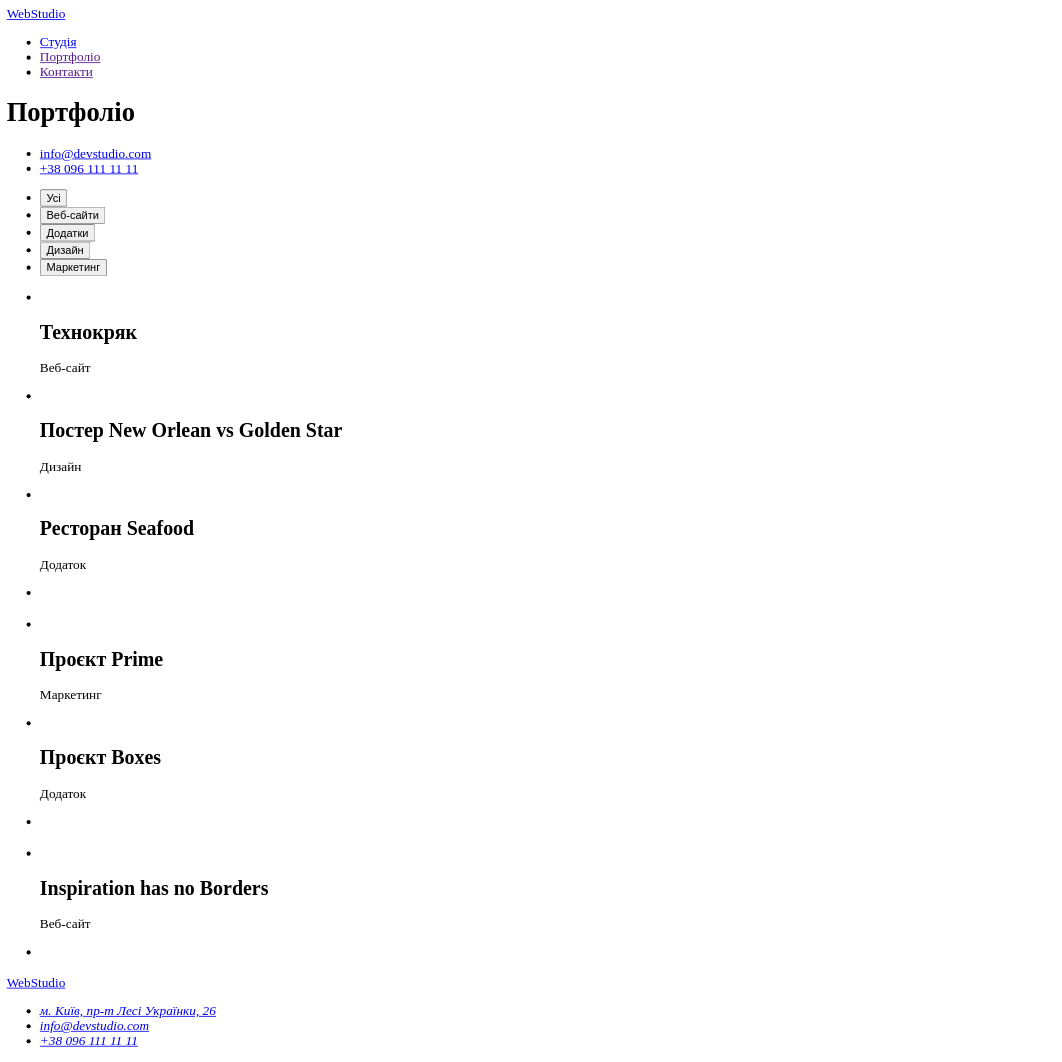
Repository: Mariia2811/goit-markup-hw-03
Page: portfolio.html
An editor plug-in stored every save of this project. The page is shown before and after the next save, followed by the edit.
The browser window is 1280 px wide. The pictures show the whole page, at 83% of full size.

Above is the page before, as saved 2022-11-24 20:00:42.

### portfolio.html
<!DOCTYPE html>
<html lang="uk">
  <head>
    <meta charset="UTF-8" />
    <meta http-equiv="X-UA-Compatible" content="IE=edge" />
    <meta name="viewport" content="width=device-width, initial-scale=1.0" />
    <title>Document</title>
  </head>
  <body>
    <header>
      <nav>
        <a href="./index.html">WebStudio</a>
        <ul>
          <li><a href="./index.html">Студія</a></li>
          <li><a href="">Портфоліо</a></li>
          <li><a href="">Контакти</a></li>
        </ul>
      </nav>
      <h1>Портфоліо</h1>
      <ul>
          <li><a href="mailto:info@devstudio.com">info@devstudio.com</a></li>
          <li><a href="tel:+380961111111">+38 096 111 11 11</a></li>
        </ul>
    </header>
    <main>
        <section>
            <ul>
                <li><button type="button">Усі</button></li>
                <li><button type="button">Веб-сайти</button></li>
                <li><button type="button">Додатки</button></li>
                <li><button type="button">Дизайн</button></li>
                <li><button type="button">Маркетинг</button></li>
            </ul>
        </section>
        <section>
            <ul>
                <li>
                    <img src="" alt="">
                    <h2>Технокряк</h2>
                    <p>Веб-сайт</p>
                </li>
                <li>
                    <img src="" alt="">
                    <h2>Постер New Orlean vs Golden Star</h2>
                    <p>Дизайн</p>
                </li>
                <li>
                    <img src="" alt="">
                    <h2>Ресторан Seafood</h2>
                    <p>Додаток</p>
                </li>
                <li>
                    <img src="" alt="">
                    <h2></h2>
                    <p></p>
                </li>
                <li>
                    <img src="" alt="">
                    <h2>Проєкт Prime</h2>
                    <p>Маркетинг</p>
                </li>
                <li>
                    <img src="" alt="">
                    <h2>Проєкт Boxes</h2>
                    <p>Додаток</p>
                </li>
                <li>
                    <img src="" alt="">
                    <h2></h2>
                    <p></p>
                </li>
                <li>
                    <img src="" alt="">
                    <h2>Inspiration has no Borders</h2>
                    <p>Веб-сайт</p>
                </li>
                <li>
                    <img src="" alt="">
                    <h2></h2>
                    <p></p>
                </li>
            </ul>
        </section>
    </main>
    <footer>
        <a href="./index.html">WebStudio</a>
        <address>
          <ul>
            <li>
              <a
                href="https://www.google.com.ua/maps/place/%D0%B1%D1%83%D0%BB.+%D0%9B%D0%B5%D1%81%D0%B8+%D0%A3%D0%BA%D1%80%D0%B0%D0%B8%D0%BD%D0%BA%D0%B8,+26,+%D0%9A%D0%B8%D0%B5%D0%B2,+02000/@50.4265807,30.5361918,17z/data=!3m1!4b1!4m5!3m4!1s0x40d4cf0e033ecbe9:0x57a4dffefec77da0!8m2!3d50.4265807!4d30.5383858?hl=ru"
                target="_blank"
                rel="noopener noreferrer nofollow"
                >м. Київ, пр-т Лесі Українки, 26</a
              >
            </li>
            <li><a href="mailto:info@devstudio.com">info@devstudio.com</a></li>
            <li><a href="tel:+380961111111">+38 096 111 11 11</a></li>
          </ul>
        </address>
      </footer>
    </body>
  </html>

After the next save:
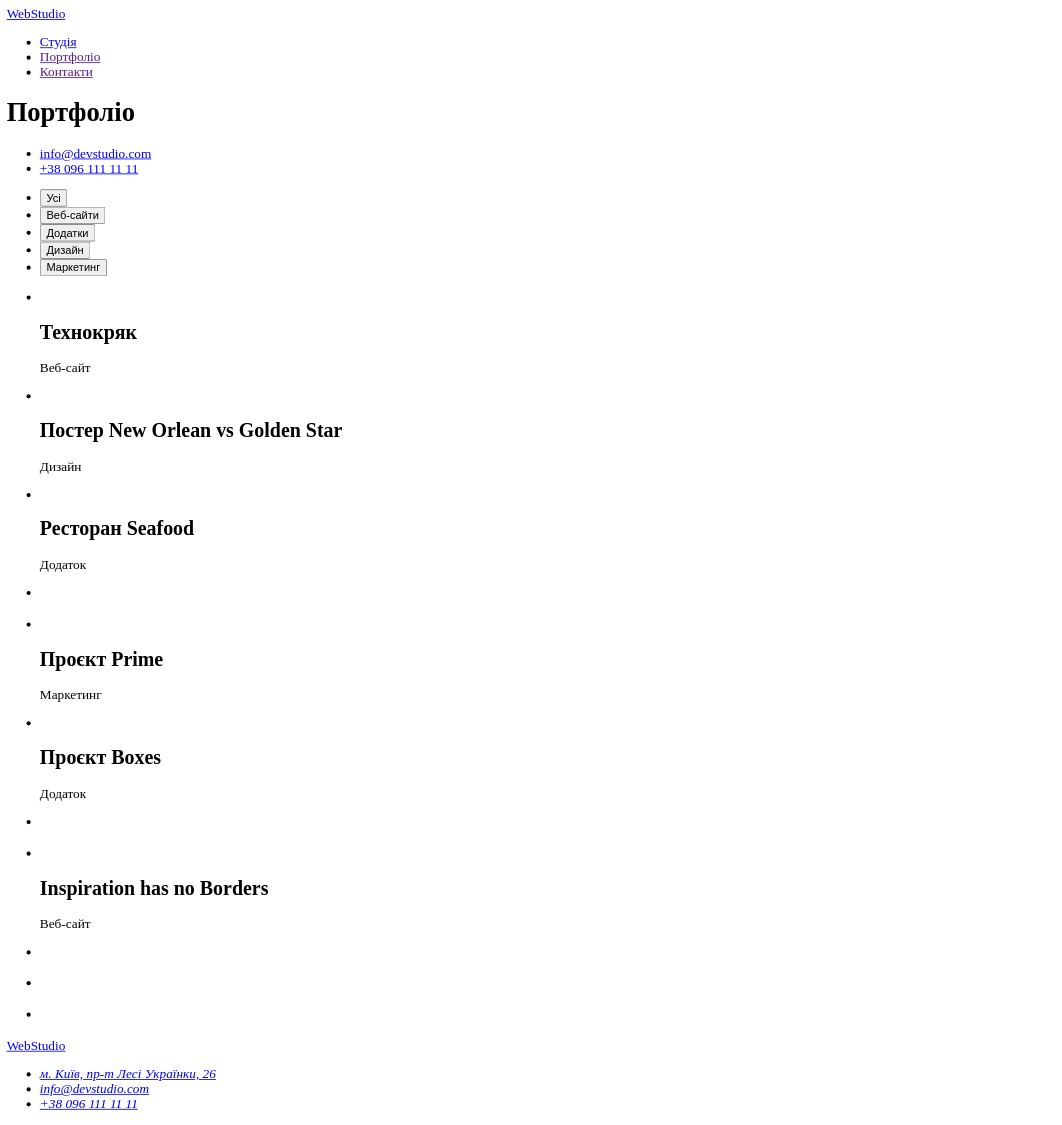
Saved 25 s later.
--- a/portfolio.html
+++ b/portfolio.html
@@ -79,6 +79,16 @@
                     <h2></h2>
                     <p></p>
                 </li>
+                <li>
+                    <img src="" alt="">
+                    <h2></h2>
+                    <p></p>
+                </li>
+                <li>
+                    <img src="" alt="">
+                    <h2></h2>
+                    <p></p>
+                </li>
             </ul>
         </section>
     </main>
